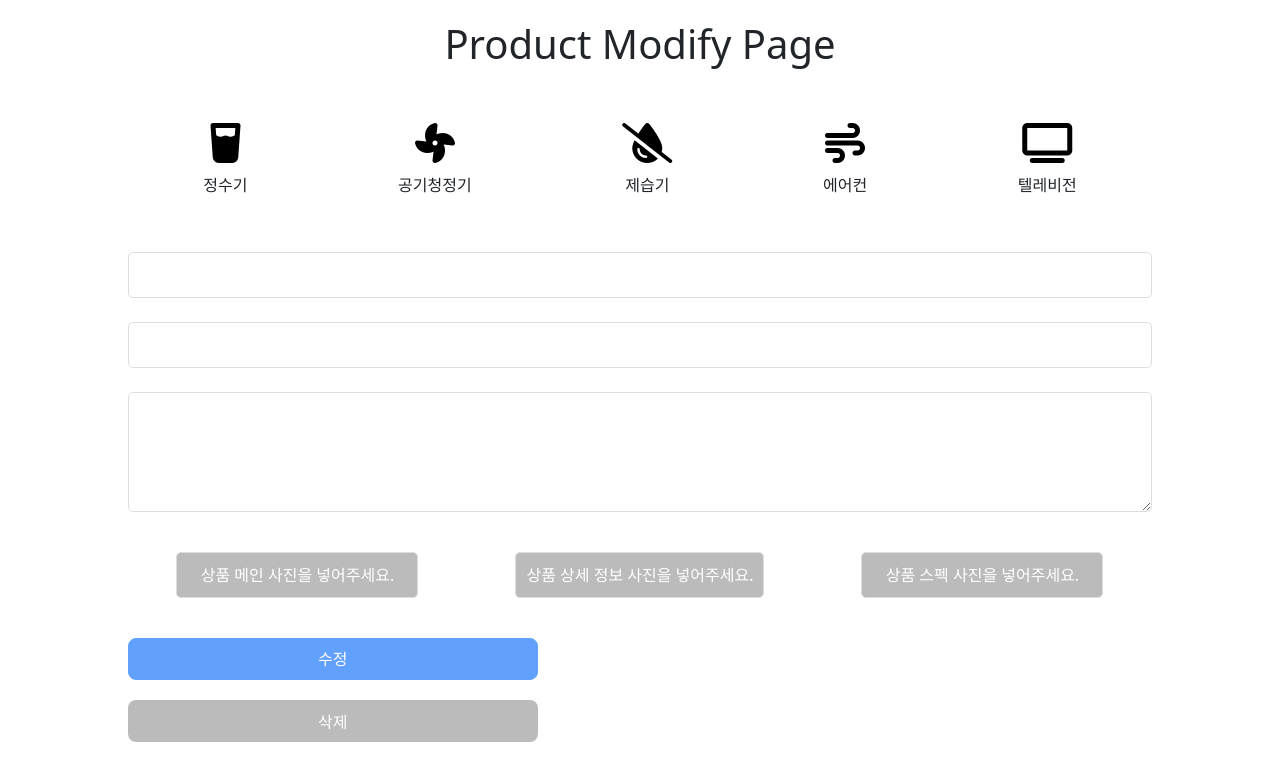
Repository: khr4162/ezen_final
Page: http://localhost/spring/WEB-INF/views/product/modify.jsp
These files come from the project's save history. The page is drawn as it stood at one moment and after the next save; the edit follows.
The browser window is 1280 px wide. The pictures show the whole page.
Some web libraries are served in a nearby version. The page is served by Tomcat 9. Nobody is signed in. Other server files are loaded and not shown. The template is opened directly, without the code that normally fills it, so the values that code supplies are empty.

Above is the page before, as saved 2023-07-31 05:25:37.

### spring/src/main/webapp/WEB-INF/views/product/modify.jsp
<%@ page language="java" contentType="text/html; charset=UTF-8"
    pageEncoding="UTF-8"%>
<%@ taglib uri="http://java.sun.com/jsp/jstl/core" prefix="c" %>
<%@ taglib uri="http://java.sun.com/jsp/jstl/functions" prefix="fn"%>
<!DOCTYPE html>
<html>
<head>
<meta charset="UTF-8">
<title>Product Modify Page</title>
<link rel="stylesheet" href="/resources/css/product/register.css">
<script src="https://kit.fontawesome.com/e927512ef5.js" crossorigin="anonymous"></script>
<link href="https://cdn.jsdelivr.net/npm/bootstrap@5.3.1/dist/css/bootstrap.min.css" rel="stylesheet" integrity="sha384-4bw+/aepP/YC94hEpVNVgiZdgIC5+VKNBQNGCHeKRQN+PtmoHDEXuppvnDJzQIu9" crossorigin="anonymous">
<script src="https://cdn.jsdelivr.net/npm/bootstrap@5.3.1/dist/js/bootstrap.bundle.min.js" integrity="sha384-HwwvtgBNo3bZJJLYd8oVXjrBZt8cqVSpeBNS5n7C8IVInixGAoxmnlMuBnhbgrkm" crossorigin="anonymous"></script>
</head>
<body>
	<h1>Product Modify Page</h1>
	 <form action="/product/modify" method="post" id="registerForm" class="was-validated" enctype="multipart/form-data">
        <div>
            <ul>
                <li class="product" data-value="정수기">
                    <div>
                        <i class="fa-solid fa-glass-water" style="color: #000000;"></i>
                        <div class="product-name">정수기</div>
                    </div>
                </li>
                <li class="product" data-value="공기청정기">
                    <div>
                        <i class="fa-solid fa-fan" style="color: #000000;"></i>
                        <div class="product-name">공기청정기</div>
                    </div>
                </li>
                <li class="product" data-value="제습기">
                    <div>
                        <i class="fa-solid fa-droplet-slash" style="color: #000000;"></i>
                        <div class="product-name">제습기</div>
                    </div>
                </li>
                <li class="product" data-value="에어컨">
                    <div>
                        <i class="fa-solid fa-wind" style="color: #000000;"></i>
                        <div class="product-name">에어컨</div>
                    </div>
                </li>
                <li class="product" data-value="텔레비전">
                    <div>
                        <i class="fa-solid fa-tv" style="color: #000000;"></i>
                        <div class="product-name">텔레비전</div>
                    </div>
                </li>
            </ul>
        </div>
        <input type="hidden" name="type_a" id="mySelection">
        <p id="type_aError" class="error" style="color: red; display: none;">제품 카테고리를 입력해주세요.</p>
       <br>
       <input name="pno" value="${product.pvo.pno }" type="hidden">
       <input name="pname" value="${product.pvo.pname }" readonly="readonly"> <br><br>
       <p id="pnameError" class="error" style="color: red; display: none;">제품명을 입력해주세요.</p>
       <input id="priceInput" name="price" value="${product.pvo.price }"> <br><br>
       <p id="priceError" class="error" style="color: red; display: none;">숫자만 입력해주세요.</p>
       <textarea name="content" cols="50" rows="10">${product.pvo.content }</textarea> <br>
       <div id="allDiv">
	       <div class="fileDiv">
		       <input type="file" id="files" name="files" style="display: none" class="form-control" aria-label="file example" required> <br>
		       <button type="button" id="trigger">상품 메인 사진을 넣어주세요.</button> <br>
		   	   <c:set value="${product.flist}" var="flist"/>
		       <div id="fileZone">
		    		<li>
		    			<c:forEach items="${flist }" var="file">
		    				<c:if test="${file.fileCategoryNum == 0}">
		        				<img alt="image" src="/upload/${fn:replace(file.save_dir, '\\','/') }/${file.uuid}_th_${file.file_name}">
		        				<button type="button" class="file-x" data-uuid="${file.uuid }">X</button>
		        			</c:if>
		    			</c:forEach>
		    		</li>
				</div>
	    	</div>
		   <div id="fileDiv">
			   <input type="file" id="files1" name="files" style="display: none" class="form-control" aria-label="file example" required> <br>
		       <button type="button" id="trigger1">상품 상세 정보 사진을 넣어주세요.</button> <br>
				 <div id="fileZone1">
		    		<li>
		        		<c:forEach items="${flist }" var="file">
		    				<c:if test="${file.fileCategoryNum == 1}">
		        				<img alt="image" src="/upload/${fn:replace(file.save_dir, '\\','/') }/${file.uuid}_th_${file.file_name}">
		        				<button type="button" class="file-x" data-uuid="${file.uuid }">X</button>
		        			</c:if>
		    			</c:forEach>
		    		</li>
				</div>
			</div>
			<div id="fileDiv">
			   <input type="file" id="files2" name="files" style="display: none" class="form-control" aria-label="file example" required> <br>
		       <button type="button" id="trigger2">상품 스펙 사진을 넣어주세요.</button> <br>
				 <div id="fileZone2">
		    		<li>
		        		<c:forEach items="${flist }" var="file">
		    				<c:if test="${file.fileCategoryNum == 2}">
		        				<img alt="image" src="/upload/${fn:replace(file.save_dir, '\\','/') }/${file.uuid}_th_${file.file_name}">
		        				<button type="button" class="file-x" data-uuid="${file.uuid }">X</button>
		        			</c:if>
		    			</c:forEach>
		    		</li>
				</div>
			</div>
		</div>
       <button onclick="validateButton(event)" id="modBtn" class="btn btn-primary" type="submit" disabled>수정</button>
    </form>
    <div id="delDiv">
		<form action="/product/delete" method="post">
		   <input name="pno" value="${product.pvo.pno }" type="hidden">
	       <button id="delBtn" type="submit">삭제</button>
		</form>
	</div>
	<script type="text/javascript" src="/resources/js/product/productModify.js"></script>
</body>
</html>

### spring/src/main/webapp/resources/css/product/register.css
body {
    font-family: 'Helvetica Neue', Helvetica, Arial, sans-serif;
    margin: 0;
    padding: 0;
    color: #333;
    background-color: #fff;
}

h1 {
    text-align: center;
    padding: 20px 0;
}

form, textarea, button {
    width: 80%;
    margin: 20px auto;
}

input, textarea, #trigger, #trigger1, #trigger2 {
    margin: 10px 0;
    padding: 10px;
    border: 1px solid #ddd;
    border-radius: 5px;
    width: 100%;
    font-size: 16px;
}

textarea {
    height: 120px;
}

ul {
    display: flex;
    flex-wrap: wrap;
    justify-content: space-evenly;
  	padding-left: 0 !important;
}

li {
    list-style: none;
    padding: 10px;
    margin: 5px 5px;
    text-align: center;
    flex-grow: 1;
}

.product-clicked {
    background-color: rgba(128, 128, 128, 0.5);
    padding: 10px;
    border-radius: 5px;
    animation: pop 0.6s;
    margin-top: -10px;
}

@keyframes pop {
    0% { transform: scale(1); }
    50% { transform: scale(1.1); }
    100% { transform: scale(1); }
}

i {
    font-size: 40px;
    display: block;
    margin-bottom: 10px;
    color: #555;
}

button {
    background-color: #bbb;
    color: #fff;
    border: none;
    padding: 10px 20px;
    text-align: center;
    font-size: 16px;
    cursor: pointer;
    border-radius: 5px;
    margin: 20px 0;
    transition: 0.3s;
    min-width: 242px;
    max-width: 440px;
}

button:hover {
    background-color: #999;
}

.center {
    text-align: center;
}

@media (max-width: 768px) {
    form, textarea, button {
        width: 90%;
    }

    i {
        font-size: 30px;
    }
}

#allDiv {
	display: flex;
	justify-content: space-around;
}

.fileDiv {
	flex-direction: column;
	align-items: center;
}

img {
	width: 240px;
	height: 240px;
}

#regBtn {
	display: flex;
	justify-content: center;
	margin: auto;
	width: 100%;
}

#modBtn, #delBtn {
	width: 40%;
	height: 42px;
	border-radius: 8px;
}

### spring/src/main/webapp/resources/js/product/productModify.js
//삭제
document.addEventListener('click', (e) => {
    if(e.target.classList.contains('file-x')) {
        let uuid = e.target.dataset.uuid;
        console.log(uuid);

        removeFileToServer(uuid).then(result => {
            console.log(result);
            alert('파일삭제' + (parseInt(result) > 0 ? "Success" : "Fail"));
            if(result > 0) {
                e.target.closest('li').remove();
            }
        })

    }
})

async function removeFileToServer(uuid) {
    try {
        const url = '/product/file/' + uuid;
        const config = {
            method: 'delete'
        }
        const resp = await fetch(url, config);
        const result = await resp.text();
        return result;
    } catch (error) {
        console.log(error);
    }
}

//수정
document.getElementById('trigger').addEventListener('click', () => {
    console.log("trigger");
    document.getElementById('files').click();
})

document.getElementById('trigger1').addEventListener('click', () => {
    console.log("trigger1");
    document.getElementById('files1').click();
})

document.getElementById('trigger2').addEventListener('click', () => {
    console.log("trigger2");
    document.getElementById('files2').click();
})

const regExp = new RegExp("\\.(exe|sh|bat|msi|dll|js)$");
const regExpImg = new RegExp("\\.(jpg|jpeg|png|gif|bmp)$");
const maxSize = 1024*1024*20;

function fileSizeValidation(fileName, fileSize) {
    if(regExp.test(fileName)) {
        return 0;
    } else if(fileSize > maxSize) {
        return 0;
    } else {
        return 1;
    }
}

document.addEventListener('change', (e) => {
    console.log(e.target);
    if(e.target.id=='files') {
        document.getElementById('modBtn').disabled=false;
        const fileObject = document.getElementById('files').files;
        console.log(fileObject);

        let div = document.getElementById('fileZone');
        div.innerHTML = '';
        let ul = `<ul>`;
        let isOk = 1;
        for(let file of fileObject) {
            console.log(file);
            let validResult = fileSizeValidation(file.name, file.size);
            isOk*=validResult;
            ul += `<li>`;
            ul += `${validResult ? '<div>업로드 가능':'<div>업로드 불가능'}</div>`;
            ul += `${file.name}`;
            ul += `<span class="badge rounded-pill text-bg-${validResult?'success':'danger'}">${file.size}Bytes</span></li>`;
        }
        ul += `</ul>`;
        div.innerHTML = ul;
        if(isOk==0) {
            document.getElementById('modBtn').disabled = true;
        }

    }
})

document.addEventListener('change', (e) => {
    console.log(e.target);
    if(e.target.id=='files1') {
        document.getElementById('modBtn').disabled=false;
        const fileObject = document.getElementById('files1').files;
        console.log(fileObject);

        let div1 = document.getElementById('fileZone1');
        div1.innerHTML = '';
        let ul = `<ul>`;
        let isOk = 1;
        for(let file of fileObject) {
            console.log(file);
            let validResult = fileSizeValidation(file.name, file.size);
            isOk*=validResult;
            ul += `<li>`;
            ul += `${validResult ? '<div>업로드 가능':'<div>업로드 불가능'}</div>`;
            ul += `${file.name}`;
            ul += `<span class="badge rounded-pill text-bg-${validResult?'success':'danger'}">${file.size}Bytes</span></li>`;
        }
        ul += `</ul>`;
        div1.innerHTML = ul;
        if(isOk==0) {
            document.getElementById('modBtn').disabled = true;
        }

    }
})

document.addEventListener('change', (e) => {
    console.log(e.target);
    if(e.target.id=='files2') {
        document.getElementById('modBtn').disabled=false;
        const fileObject = document.getElementById('files2').files;
        console.log(fileObject);

        let div1 = document.getElementById('fileZone2');
        div1.innerHTML = '';
        let ul = `<ul>`;
        let isOk = 1;
        for(let file of fileObject) {
            console.log(file);
            let validResult = fileSizeValidation(file.name, file.size);
            isOk*=validResult;
            ul += `<li>`;
            ul += `${validResult ? '<div>업로드 가능':'<div>업로드 불가능'}</div>`;
            ul += `${file.name}`;
            ul += `<span class="badge rounded-pill text-bg-${validResult?'success':'danger'}">${file.size}Bytes</span></li>`;
        }
        ul += `</ul>`;
        div1.innerHTML = ul;
        if(isOk==0) {
            document.getElementById('modBtn').disabled = true;
        }

    }
})

window.onload = function(){
    var products = document.querySelectorAll('.product');
    products.forEach(function(product){
        product.addEventListener('click', function(e){
            // remove product-clicked from all products
            products.forEach(function(prod){
                prod.firstElementChild.classList.remove('product-clicked');
            });

            // add product-clicked to the clicked product
            e.currentTarget.firstElementChild.classList.add('product-clicked');

            // update the hidden input with the data-value of the clicked product
            document.getElementById('mySelection').value = e.currentTarget.dataset.value;
        });
    });
}

function validateButton(event) {
    var type_aInput = document.querySelector('input[name="type_a"]');
    var type_aError = document.getElementById("type_aError");
    var pnameInput = document.querySelector('input[name="pname"]');
    var pnameError = document.getElementById("pnameError");
    var priceInput = document.querySelector('input[name="price"]');
    var priceError = document.getElementById("priceError");
    var contentTextarea = document.querySelector('textarea[name="content"]');
    var isFormValid = true; // 폼 유효성 검사 결과
    console.log(isFormValid);
    if (type_aInput.value.trim() === "") {
        isFormValid = false;
        type_aError.style.display = "block";
    } else {
        type_aError.style.display = "none";
    }

    if (pnameInput.value.trim() === "") {
        isFormValid = false;
        pnameError.style.display = "block";
    } else {
        pnameError.style.display = "none";
    }

    if (priceInput.value.trim() === "" || isNaN(priceInput.value)) {
        isFormValid = false;
        priceError.style.display = "block";
    } else {
        priceError.style.display = "none";
    }

    if (contentTextarea.value.trim() === "") {
        isFormValid = false;
    }

    console.log(isFormValid);
    // 폼 전송 막기
    if (!isFormValid) {
        event.preventDefault();
    }
}

After the next save:
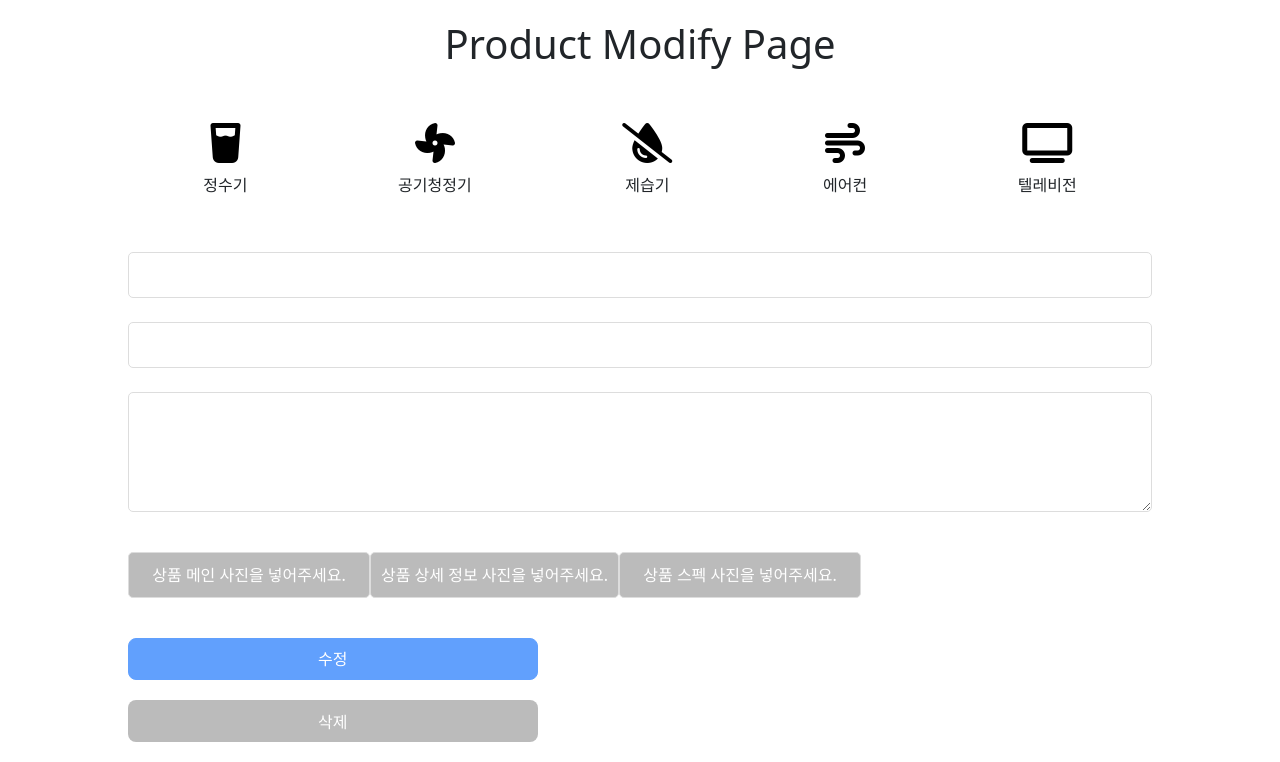
Saved 96 s later.
--- a/spring/src/main/webapp/resources/css/product/register.css
+++ b/spring/src/main/webapp/resources/css/product/register.css
@@ -100,7 +100,7 @@
 
 #allDiv {
 	display: flex;
-	justify-content: space-around;
+
 }
 
 .fileDiv {

After the save that followed:
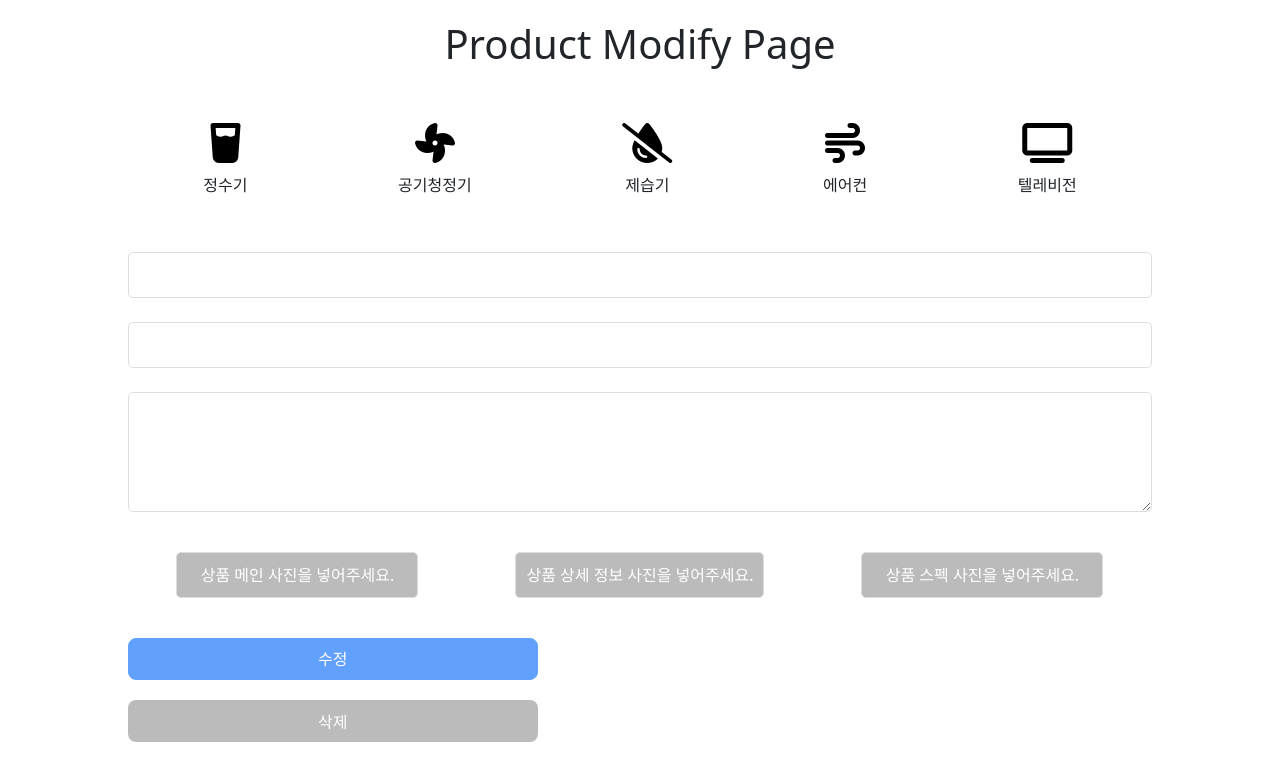
Saved 10 s later.
--- a/spring/src/main/webapp/resources/css/product/register.css
+++ b/spring/src/main/webapp/resources/css/product/register.css
@@ -100,7 +100,7 @@
 
 #allDiv {
 	display: flex;
-
+	justify-content: space-around;
 }
 
 .fileDiv {
